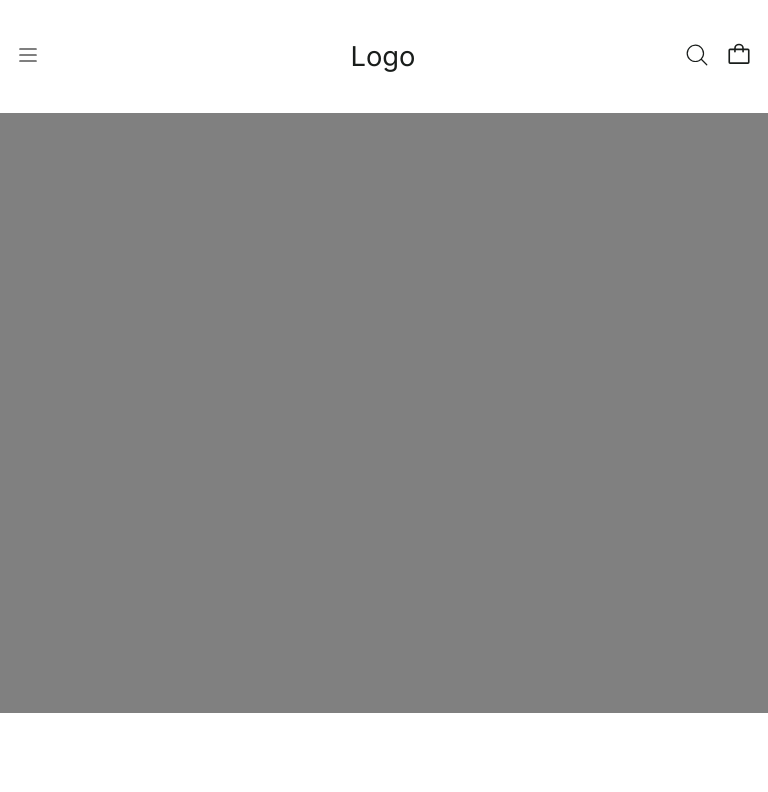
Repository: David-Waite/ecommercefrontendTemplate
Page: /
An editor plug-in stored every save of this project. The page is shown before and after the next save, followed by the edit.
The browser window is 768 px wide. The pictures show the whole page.
The project was rebuilt for these pictures with package versions that can differ from the ones it lists, and the page was loaded fresh each time. The framework's server and built-in components were replaced by stand-ins that run in the browser. Also part of the build but not shown: next.config.js.

Above is the page before, as saved 2023-08-24 19:16:46.

### app/layout.js
import Nav from "./Components/Nav/Nav";
import "./globals.css";
import { Inter } from "next/font/google";

const inter = Inter({ subsets: ["latin"] });

export const metadata = {
  title: "Create Next App",
  description: "Generated by create next app",
};

export default function RootLayout({ children }) {
  return (
    <html lang="en">
      <body className={inter.className}>
        <Nav />
        {children}
      </body>
    </html>
  );
}

### app/page.js
import Image from "next/image";
import styles from "./page.module.css";

export default function Home() {
  return (
    <main className={styles.main}>
      <div className={styles.heroImage}></div>
    </main>
  );
}

### app/Components/Nav/Nav.js
"use client";
import Link from "next/link";
import { useState } from "react";
import {
  PiMagnifyingGlassLight,
  PiBag,
  PiListLight,
  PiXLight,
} from "react-icons/pi";
import styles from "./Nav.module.css";

export default function Nav() {
  const [navOpen, setNavOpen] = useState(false);

  function toggleMenu() {
    setNavOpen((prev) => !prev);
  }
  return (
    <nav className={styles.nav}>
      <div className={styles.menu} onClick={toggleMenu}>
        {!navOpen && <PiListLight fontSize={24} />}
        {navOpen && <PiXLight fontSize={24} />}
      </div>

      <div className={styles.moblieMenu} style={{ width: !navOpen && "0" }}>
        <Link href="/">Home</Link>
        <Link href="#">Catalog</Link>
        <Link href="#">Contact</Link>
      </div>
      <div className={styles.linksContainer}>
        <Link className={styles.logo} href="/">
          Logo
        </Link>
        <div className={styles.pagesContainer}>
          <Link href="/">Home</Link>
          <Link href="#">Catalog</Link>
          <Link href="#">Contact</Link>
        </div>
      </div>
      <div className={styles.iconsContainer}>
        <Link href="#">
          <PiMagnifyingGlassLight fontSize={26} />
        </Link>
        <Link href="#">
          <PiBag fontSize={26} />
        </Link>
      </div>
    </nav>
  );
}

### app/globals.css
:root {
  --primary: ;
  --black: #191d1b;
  --background: #ffffff;
  --white: #ffffff;
  --grey: #606060;
  --error: #a83c23;
  --max-width: 1500px;
  --fontBase: 17.5px;
  --fontPlus1: 21.88px;
  --fontPlus2: 27.34px;
  --fontPlus3: 34.18px;
  --fontMinus1: 14px;
  --fontMinus2: 11.2px;
  --marginMax: 40px;
  --margin1000: 32px;
  --marginMobile: 16px;
}

* {
  padding: 0;
  margin: 0;
  box-sizing: border-box;
}

### app/page.module.css
.main {
  max-width: var(--max-width);
  margin: 0 auto;
}
.heroImage {
  width: 100%;
  height: 600px;
  background-color: grey;
}

### app/Components/Nav/Nav.module.css
.nav {
  display: flex;
  align-items: center;
  justify-content: space-between;
  margin: 0px auto;
  padding: 40px;
  max-width: calc(var(--max-width) + 80px);
  position: relative;
}

.linksContainer {
  display: flex;
  align-items: center;
  justify-content: center;
  gap: 40px;
}

.pagesContainer {
  display: flex;
  gap: 24px;
}

.pagesContainer {
  font-size: var(--fontMinus1);
}

.iconsContainer {
  display: flex;
  gap: 16px;
}
.nav a {
  text-decoration: none;
  color: var(--black);
}

.logo {
  font-size: var(--fontPlus2);
}
.moblieMenu {
  position: absolute;
  flex-direction: column;
  width: 400px;
  left: 0;
  top: 113px;
  height: calc(100vh - 113px);
  transition: 0.3s;
  overflow: hidden;
}
.moblieMenu a {
  padding: 16px 32px;
}

.moblieMenu a:hover {
  background-color: grey;
}
.menu,
.moblieMenu {
  display: none;
}
@media (max-width: 1000px) {
  .nav {
    padding: 40px var(--margin1000);
  }
  .pagesContainer {
    display: none;
  }
  .menu {
    display: block;
  }
  .moblieMenu {
    display: flex;
  }
  .logo {
    margin-left: 42px;
  }
}
@media (max-width: 768px) {
  .nav {
    padding: 40px var(--marginMobile);
  }
  .moblieMenu {
    width: 90vw;
  }
}

After the next save:
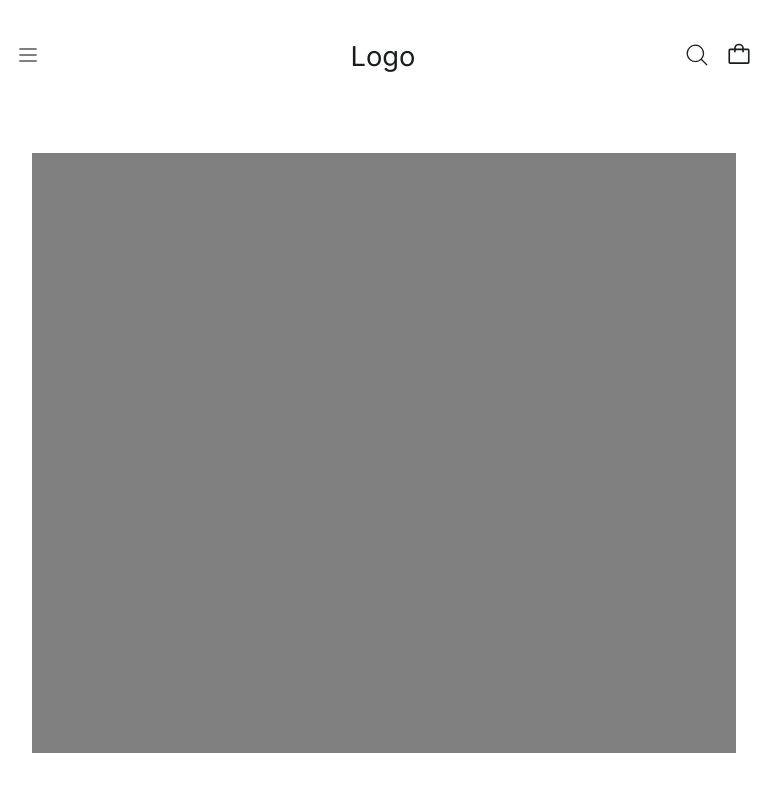
Saved 44 s later.
--- a/app/page.module.css
+++ b/app/page.module.css
@@ -7,3 +7,29 @@
   height: 600px;
   background-color: grey;
 }
+
+@media (max-width: 1000px) {
+  .main {
+    padding: 40px var(--margin1000);
+  }
+  .pagesContainer {
+    display: none;
+  }
+  .menu {
+    display: block;
+  }
+  .moblieMenu {
+    display: flex;
+  }
+  .logo {
+    margin-left: 42px;
+  }
+}
+@media (max-width: 768px) {
+  .nav {
+    padding: 40px var(--marginMobile);
+  }
+  .moblieMenu {
+    width: 90vw;
+  }
+}
